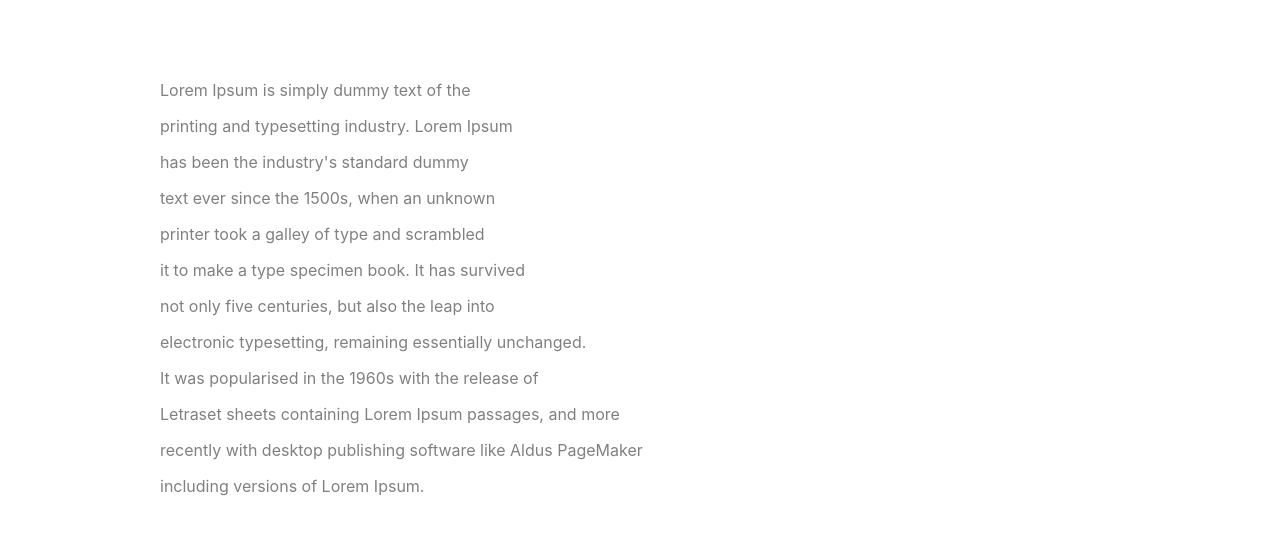
Repository: eg7eg7/Text-Play
Page: /
An editor plug-in stored every save of this project. The page is shown before and after the next save, followed by the edit.
The browser window is 1280 px wide. The pictures show the whole page.
The project was rebuilt for these pictures with package versions that can differ from the ones it lists, and the page was loaded fresh each time.

Above is the page before, as saved 2021-01-11 23:06:12.

After the next save:
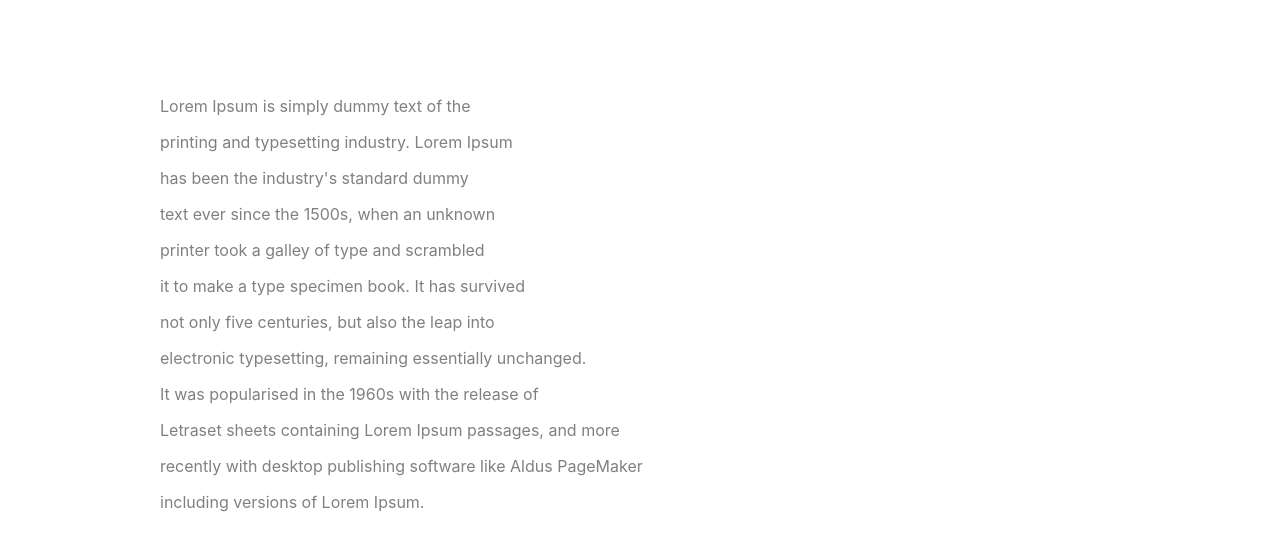
Saved 4 s later.
--- a/src/TextPlay.css
+++ b/src/TextPlay.css
@@ -18,6 +18,6 @@ p {
     margin-top: 5em;
     margin-bottom: 5em;
     margin-left: 10em;
-    display:inline-block
+    display:inline-block;
     margin-right: 10em;
 }
